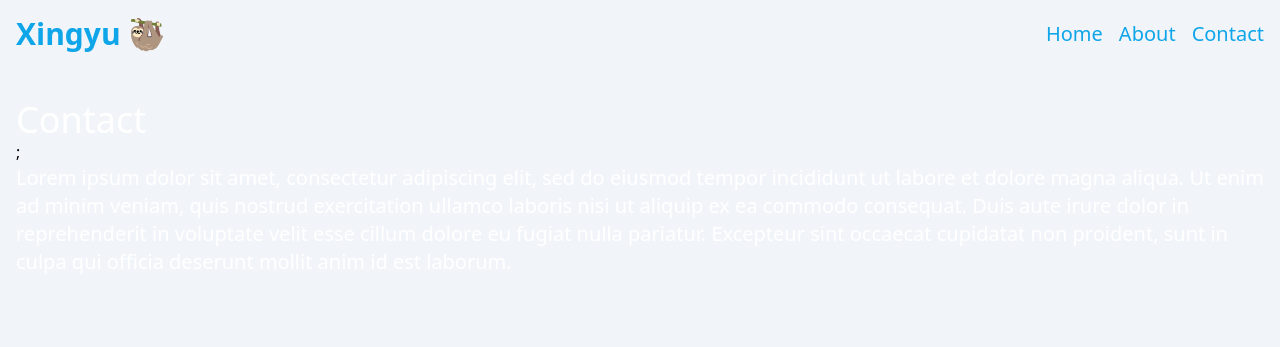
Repository: therealcyberlord/personal-portfolio
Page: /contact
The author's editor kept a copy of each file at every save. The page is drawn from the files as they stood at one save, then again after the next save.
The browser window is 1280 px wide. The pictures show the whole page.
The project was rebuilt for these pictures with package versions that can differ from the ones it lists, and the page was loaded fresh each time. Also part of the build but not shown: vite.config.ts, src/components/Profile.tsx, src/pages/Home.tsx, src/pages/About.tsx.

Above is the page before, as saved 2023-07-24 21:10:56.

### src/App.tsx
import { BrowserRouter as Router, Routes, Route } from "react-router-dom";
import Home from "./pages/Home";
import About from "./pages/About";
import Contact from "./pages/Contact";
import Navbar from "./components/Nav";

function App() {
  return (
    <div className="w-screen h-screen bg-slate-100 dark:bg-slate-800">
      <Router>
        <Navbar />
        <Routes>
          <Route path="/" element={<Home />} />
          <Route path="/about" element={<About />} />
          <Route path="/contact" element={<Contact />} />
        </Routes>
      </Router>
    </div>
  );
}

export default App;

### src/pages/Contact.tsx
const Contact = () => {
  return (
    <div className="px-4 py-8">
      <h1 className="text-white text-4xl font-medium">Contact</h1>;
      <p className="text-white text-xl">
        Lorem ipsum dolor sit amet, consectetur adipiscing elit, sed do eiusmod
        tempor incididunt ut labore et dolore magna aliqua. Ut enim ad minim
        veniam, quis nostrud exercitation ullamco laboris nisi ut aliquip ex ea
        commodo consequat. Duis aute irure dolor in reprehenderit in voluptate
        velit esse cillum dolore eu fugiat nulla pariatur. Excepteur sint
        occaecat cupidatat non proident, sunt in culpa qui officia deserunt
        mollit anim id est laborum.
      </p>
    </div>
  );
};

export default Contact;

### src/components/Nav.tsx
import { Link } from "react-router-dom";

const Navbar = () => {
  return (
    <nav className="p-4">
      <div className="flex justify-between items-center">
        <div className="text-sky-500 dark:text-sky-400 font-bold text-3xl">
          Xingyu 🦥
        </div>
        <ul className="flex space-x-4">
          <li>
            <Link
              to="/"
              className="text-sky-500 text-xl dark:text-sky-400 hover:text-blue-200 dark:hover:text-blue-200 transition duration-300"
            >
              Home
            </Link>
          </li>
          <li>
            <Link
              to="/about"
              className="text-sky-500 text-xl dark:text-sky-400 hover:text-blue-200 dark:hover:text-blue-200 transition duration-300"
            >
              About
            </Link>
          </li>
          <li>
            <Link
              to="/contact"
              className="text-sky-500 text-xl dark:text-sky-400 hover:text-blue-200 dark:hover:text-blue-200 transition duration-300"
            >
              Contact
            </Link>
          </li>
        </ul>
      </div>
    </nav>
  );
};

export default Navbar;

### tailwind.config.js
/** @type {import('tailwindcss').Config} */

export default {
  content: ["./index.html", "./src/**/*.{js,ts,jsx,tsx}"],
  theme: {
    extend: {
      colors: {
        primary: "#202225",
        secondary: "#5865f2",
      },
    },
  },
  plugins: [],
};

Loaded but not shown: src/main.tsx (common file); src/index.css (common file)

After the next save:
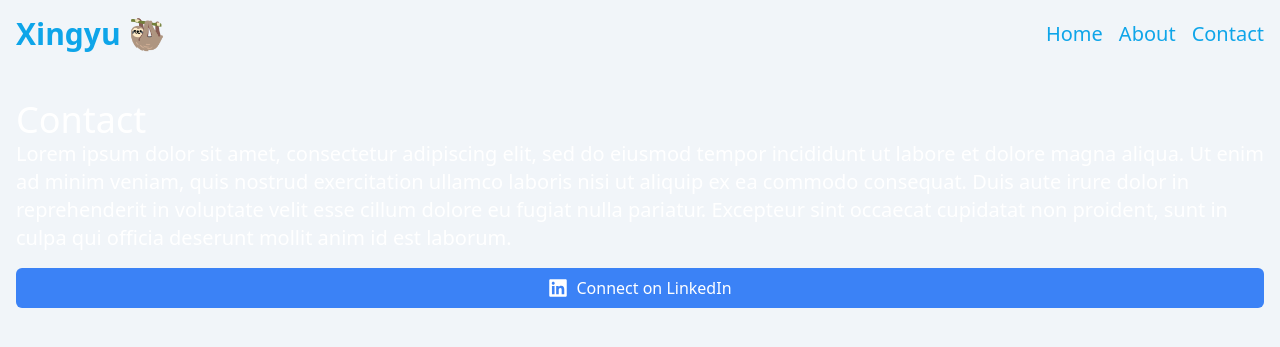
Saved 102 s later.
--- a/src/pages/Contact.tsx
+++ b/src/pages/Contact.tsx
@@ -1,7 +1,10 @@
+import React from "react";
+import { FaLinkedin } from "react-icons/fa"; // Import the LinkedIn icon from the react-icons library.
+
 const Contact = () => {
   return (
     <div className="px-4 py-8">
-      <h1 className="text-white text-4xl font-medium">Contact</h1>;
+      <h1 className="text-white text-4xl font-medium">Contact</h1>
       <p className="text-white text-xl">
         Lorem ipsum dolor sit amet, consectetur adipiscing elit, sed do eiusmod
         tempor incididunt ut labore et dolore magna aliqua. Ut enim ad minim
@@ -11,6 +14,15 @@
         occaecat cupidatat non proident, sunt in culpa qui officia deserunt
         mollit anim id est laborum.
       </p>
+      <a
+        href="https://www.linkedin.com/your-profile-url" // Replace 'your-profile-url' with your actual LinkedIn profile URL.
+        target="_blank" // Open the link in a new tab/window.
+        rel="noopener noreferrer" // Recommended for security reasons.
+        className="flex items-center justify-center mt-4 bg-blue-500 text-white py-2 px-4 rounded-md"
+      >
+        <FaLinkedin size={20} className="mr-2" />
+        Connect on LinkedIn
+      </a>
     </div>
   );
 };
